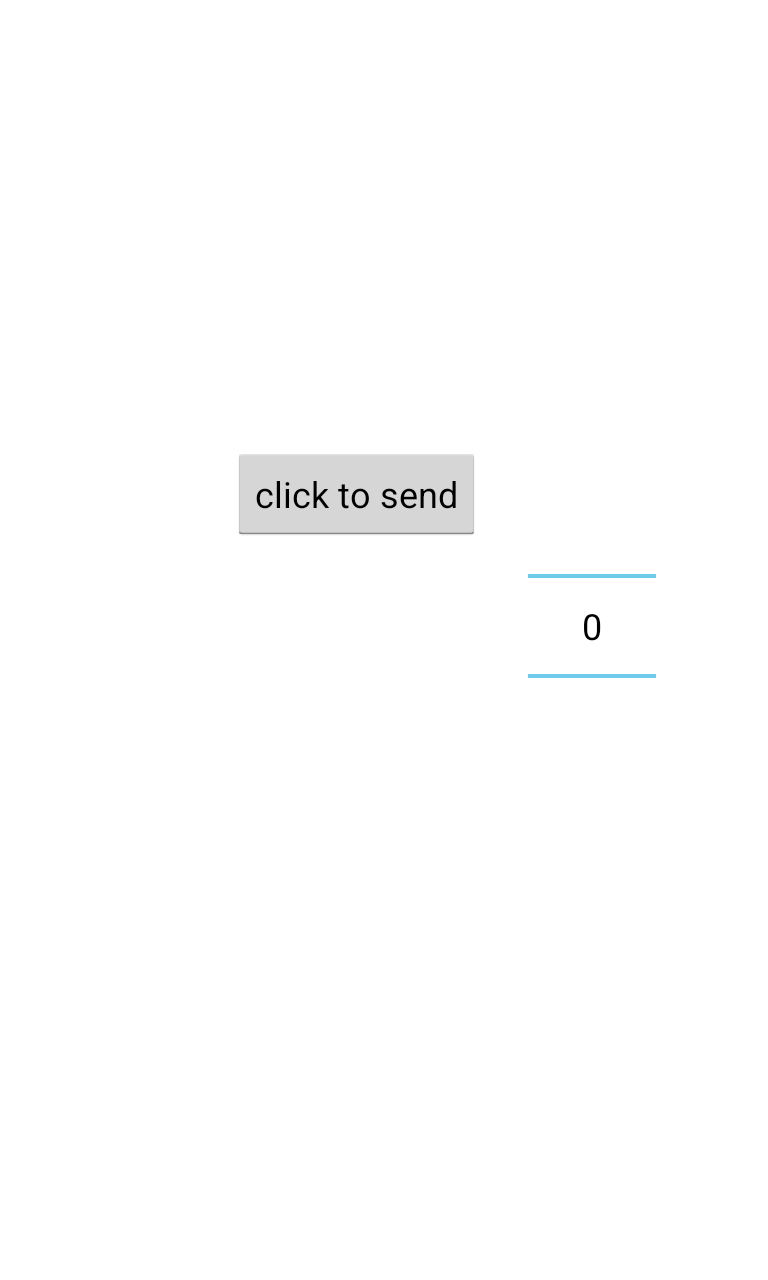
Repository: lmrobotics/linn-mar-robotics
Layout: 2013_14/Android/raflood/workspace/FTCScout/res/layout/activity_main.xml
An editor plug-in stored every save of this project. The layout is shown before and after the next save, followed by the edit.
It is drawn on a 768 x 1280 px phone screen (xhdpi) without system bars, with theme AppTheme; the app's code is not run.

Above is the layout before, as saved 2013-10-18 02:48:42.

After the next save:
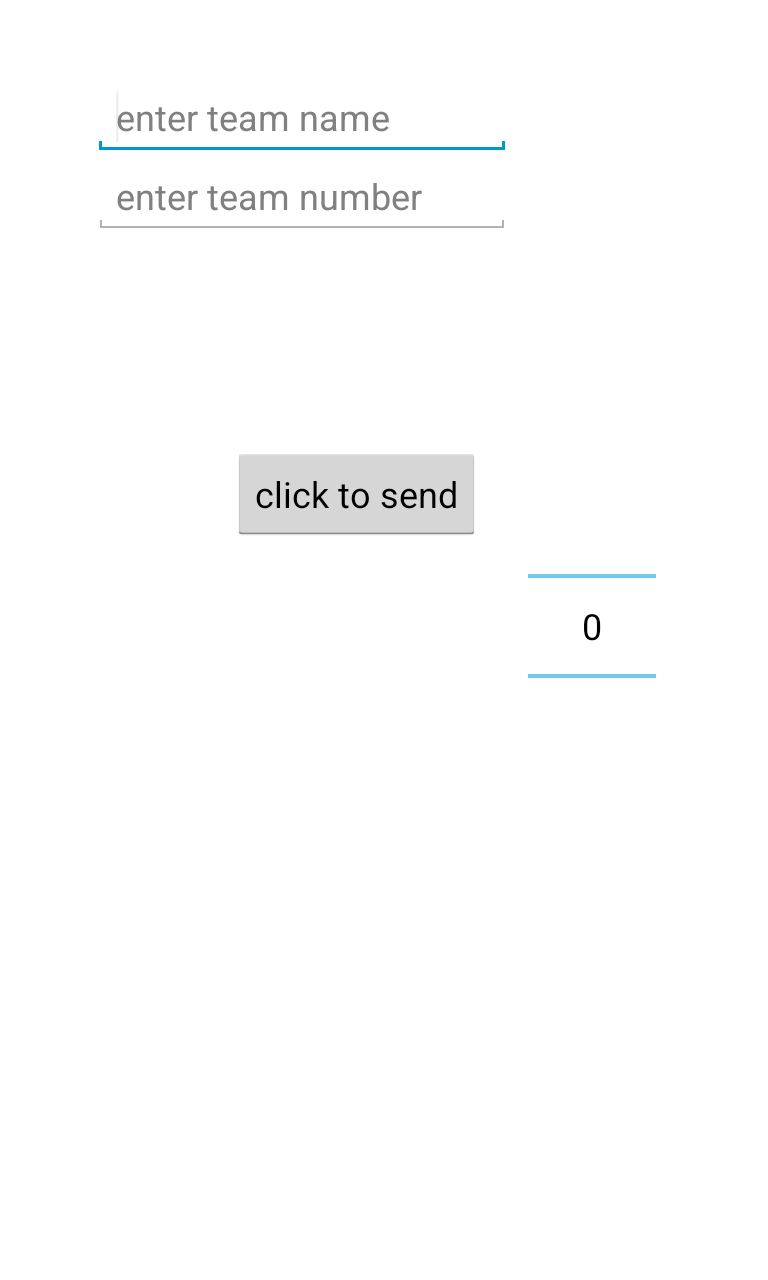
Saved 6 min 23 s later.
--- a/2013_14/Android/raflood/workspace/FTCScout/res/layout/activity_main.xml
+++ b/2013_14/Android/raflood/workspace/FTCScout/res/layout/activity_main.xml
@@ -8,17 +8,6 @@
     android:paddingRight="@dimen/activity_horizontal_margin"
     android:paddingTop="@dimen/activity_vertical_margin"
     tools:context=".MainActivity" >
-
-    <EditText
-        android:id="@+id/editText1"
-        android:layout_width="0dp"
-        android:layout_height="wrap_content"
-        android:layout_below="@+id/button1"
-        android:layout_marginTop="55dp"
-        android:layout_toLeftOf="@+id/np"
-        android:ems="10"
-        android:hint="@string/team_number_prompt"
-        android:inputType="numberDecimal" />
 
     <NumberPicker
         android:id="@+id/np"
@@ -42,13 +31,27 @@
 
     <EditText
         android:id="@+id/edit_message"
-        android:layout_width="0dp"
+        android:layout_width="wrap_content"
         android:layout_height="wrap_content"
         android:layout_alignParentLeft="true"
         android:layout_alignParentTop="true"
-        android:layout_marginLeft="143dp"
-        android:layout_marginTop="39dp"
+        android:layout_marginLeft="30dp"
+        android:layout_marginTop="23dp"
         android:ems="10"
-        android:hint="@string/team_name_prompt" />
+        android:hint="@string/team_name_prompt" >
+
+        <requestFocus />
+    </EditText>
+
+    <EditText
+        android:id="@+id/editText1"
+        android:layout_width="wrap_content"
+        android:layout_height="wrap_content"
+        android:layout_alignParentLeft="true"
+        android:layout_below="@+id/edit_message"
+        android:layout_marginLeft="30dp"
+        android:ems="10"
+        android:hint="@string/team_number_prompt"
+        android:inputType="numberDecimal" />
 
 </RelativeLayout>
